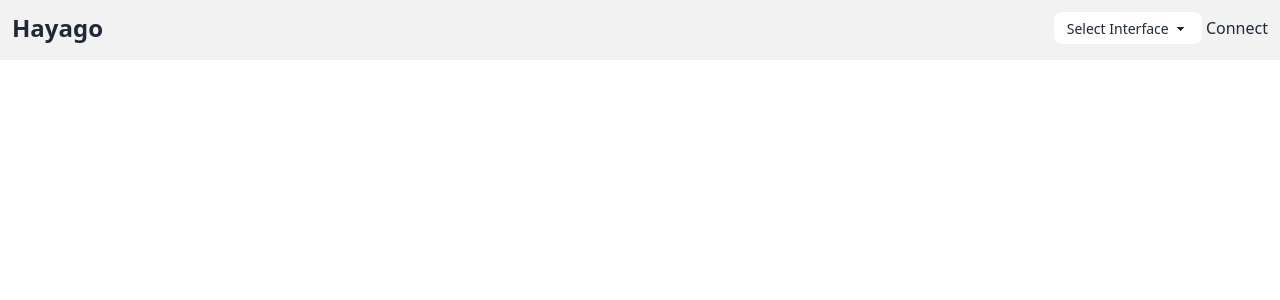
Repository: khulqu15/rov.commander
Page: http://localhost/planner/
These files come from the project's save history. The page is drawn as it stood at one moment and after the next save; the edit follows.
The browser window is 1280 px wide. The pictures show the whole page.
Some web libraries are served in a nearby version. The page is served by the project's application, run on Django 5.2 (manage.py). Other server files are loaded and not shown.

Above is the page before, as saved 2025-02-06 21:02:55.

### templates/index.html
<!DOCTYPE html>
<html lang="en">
<head>
    <meta charset="UTF-8">
    <meta name="viewport" content="width=device-width, initial-scale=1.0">
    <link href="https://cdn.jsdelivr.net/npm/daisyui@4.12.23/dist/full.min.css" rel="stylesheet" type="text/css" />
    <script src="https://cdn.tailwindcss.com"></script>
    <title>Mission Planner App</title>
</head>
<body>
    <div class="fixed left-0 w-full p-3 pb-4 bg-base-200 top-0 flex justify-between items-center">
        <div>
            <h1 class="text-2xl font-bold">Hayago</h1>
        </div>
        <form method="GET">
            <select name="interface" class="select select-border select-sm" id="interface">
                <option>Select Interface</option>
                {% for interface in interfaces %}
                    <option value="{{ interface }}" {% if interface == selected_interface %}selected{% endif %}>{{ interface }}</option>
                {% endfor %}
            </select>
            <button type="submit">Connect</button>
        </form>
    </div>

    {% if selected_interface %}
        <div class="result">
            <h3>Selected Network: {{ selected_interface }}</h3>
            <h4>TCP/IP Addresses:</h4>
            <ul>
                {% for ip in tcpIp %}
                    <li>{{ ip }}</li>
                {% endfor %}
            </ul>
            <h4>COM Ports:</h4>
            <ul>
                {% for port in comPorts %}
                    <li>{{ port.device }} - {{ port.description }}</li>
                {% endfor %}
            </ul>
        </div>
    {% endif %}

</body>
</html>

### network/views.py
import socket
import serial.tools.list_ports
from rest_framework.response import Response
from rest_framework.decorators import api_view
from django.shortcuts import render
from django.http import JsonResponse

serial_connection = False

def get_network_interfaces():
    """Mendapatkan daftar interface jaringan yang tersedia"""
    interfaces = set()
    host_name = socket.gethostname()
    for ip in socket.getaddrinfo(host_name, None):
        interfaces.add(ip[4][0])
    return list(interfaces)

@api_view(["GET"])
def get_network_info(request):
    interfaces = get_network_interfaces()
    selected_interface = request.GET.get("interface", None)

    ip_list = []
    com_ports = []

    if selected_interface:
        ip_list = [ip for ip in interfaces if ip == selected_interface]

        ports = list(serial.tools.list_ports.comports())
        com_ports = [{"device": port.device, "description": port.description} for port in ports]

    return render(request, "index.html", {
        "interfaces": interfaces,
        "selected_interface": selected_interface,
        "tcpIp": ip_list,
        "comPorts": com_ports
    })

@api_view(["POST"])
def connect_device(request):
    global serial_connection
    port_name = request.POST.get("port")
    baud_rate = request.POST.get("baud", 9600)
    if not port_name:
        return JsonResponse({"error": "No COM Selected"})
    try:
        serial_connection = serial.Serial(port_name, baudrate=int(baud_rate), timeout=1)
        return("/planner")
    except Exception as e:
        return JsonResponse({"error": str(e)}, status=500)

### missionCore/urls.py
"""
URL configuration for missionCore project.

The `urlpatterns` list routes URLs to views. For more information please see:
    https://docs.djangoproject.com/en/5.1/topics/http/urls/
Examples:
Function views
    1. Add an import:  from my_app import views
    2. Add a URL to urlpatterns:  path('', views.home, name='home')
Class-based views
    1. Add an import:  from other_app.views import Home
    2. Add a URL to urlpatterns:  path('', Home.as_view(), name='home')
Including another URLconf
    1. Import the include() function: from django.urls import include, path
    2. Add a URL to urlpatterns:  path('blog/', include('blog.urls'))
"""
from django.contrib import admin
from django.urls import path, include

urlpatterns = [
    path('admin/', admin.site.urls),
    path('', include('network.urls'))
]

### network/urls.py
from django.urls import path
from .views import get_network_info

urlpatterns = [
    path('planner/', get_network_info, name='planner'),
]

After the next save:
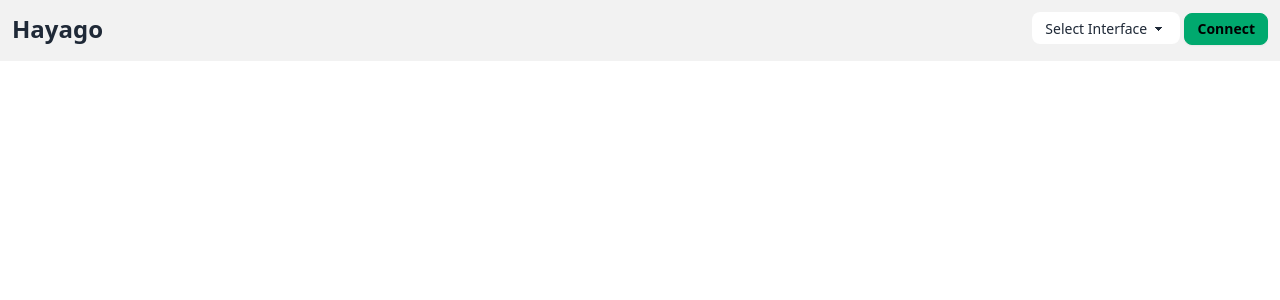
Saved 14 s later.
--- a/templates/index.html
+++ b/templates/index.html
@@ -19,7 +19,7 @@
                     <option value="{{ interface }}" {% if interface == selected_interface %}selected{% endif %}>{{ interface }}</option>
                 {% endfor %}
             </select>
-            <button type="submit">Connect</button>
+            <button type="submit" class="btn btn-success btn-sm">Connect</button>
         </form>
     </div>
 
